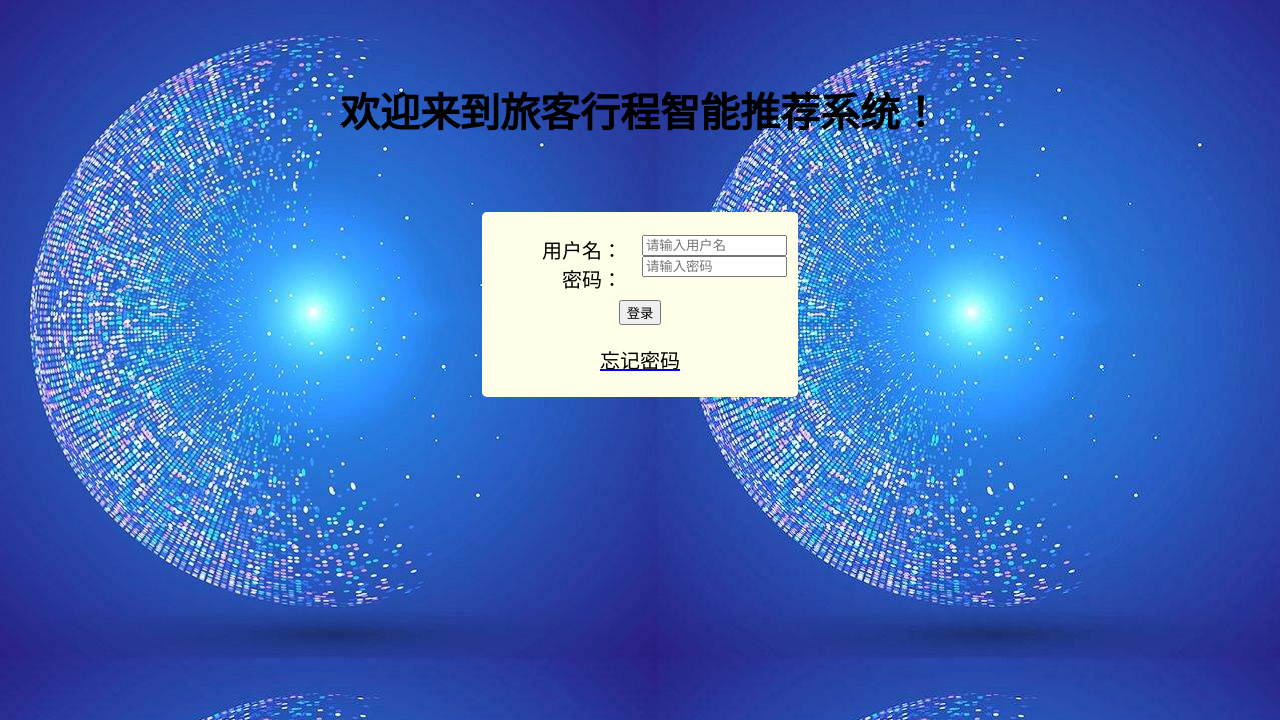
Repository: never-404/Intelligent-recommendation-system
Page: http://localhost/Intelligent-recommendation-system/log.jsp
An editor plug-in stored every save of this project. The page is shown before and after the next save, followed by the edit.
The browser window is 1280 px wide. The pictures show the whole page.
The page is served by Tomcat 9. Nobody is signed in. The application's start-up code is not run.

Above is the page before, as saved 2019-04-19 00:52:24.

After the next save:
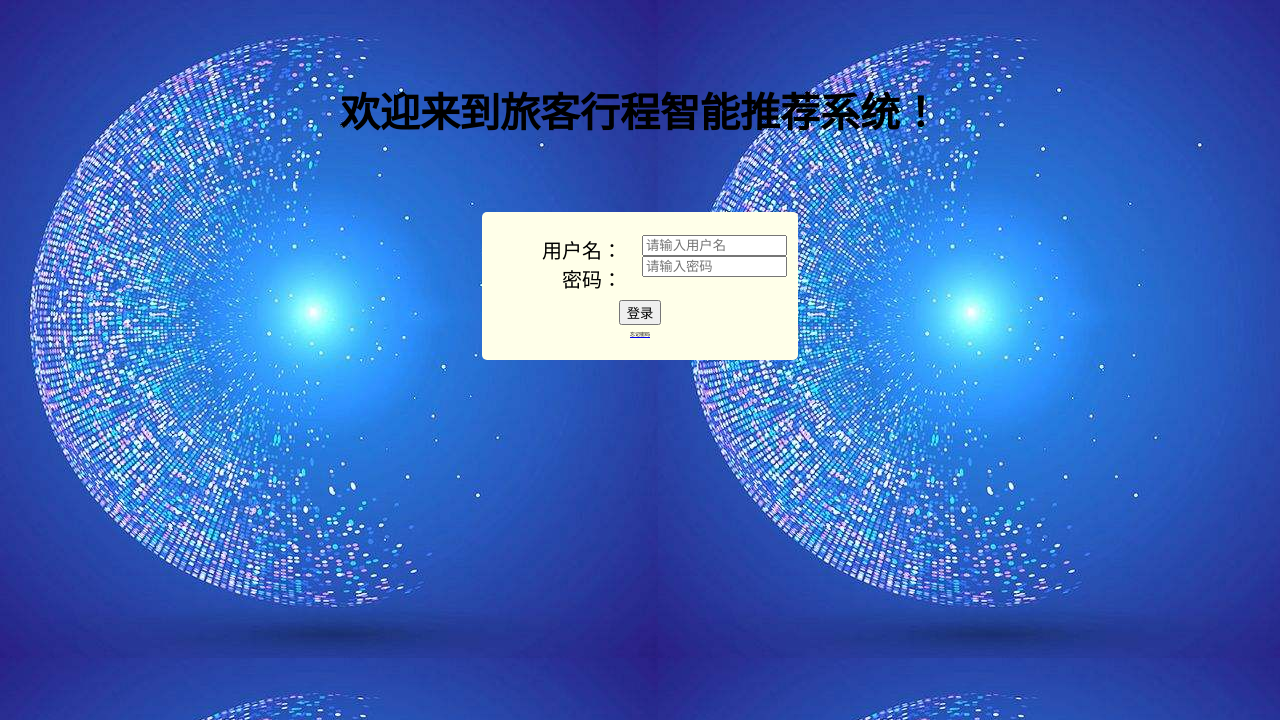
Saved 40 s later.
--- a/Intelligent-recommendation-system/WebRoot/log.jsp
+++ b/Intelligent-recommendation-system/WebRoot/log.jsp
@@ -29,6 +29,7 @@
         .a{
             text-align:center;
             vertical-align:middle;
+            font-size:5px;
         }
         img{max-width: 100%; height:auto;}
 
